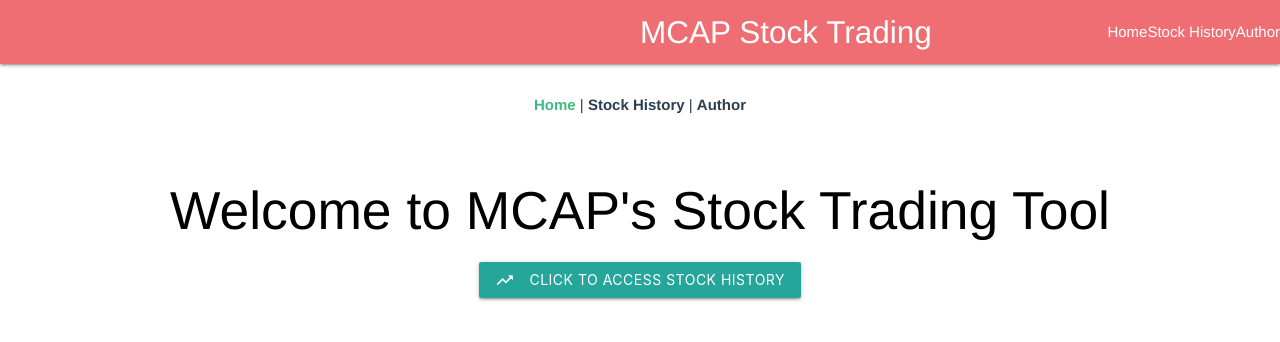
Repository: pandyarudra/stock-symbol-app
Page: /
These files come from the project's save history. The page is drawn as it stood at one moment and after the next save; the edit follows.
The browser window is 1280 px wide. The pictures show the whole page.
The project was rebuilt for these pictures with package versions that can differ from the ones it lists, and the page was loaded fresh each time.

Above is the page before, as saved 2020-09-14 22:16:57.

After the next save:
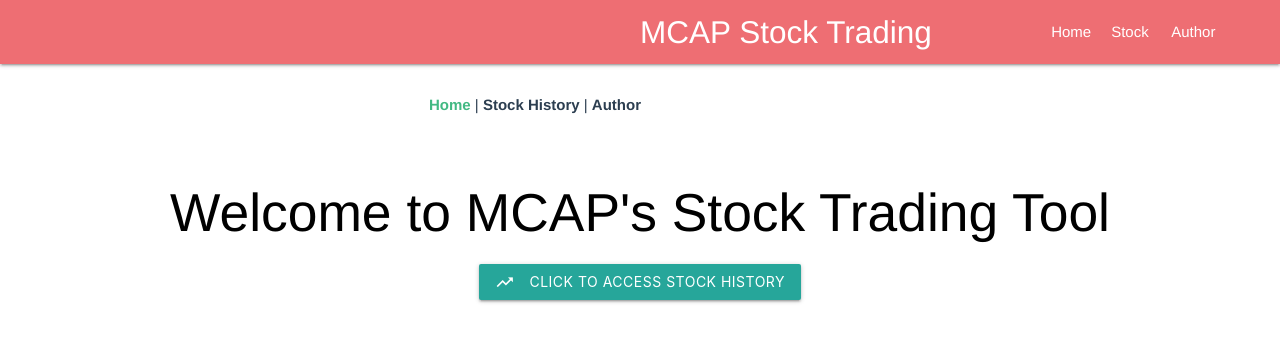
Saved 31 s later.
--- a/src/components/TopNav.vue
+++ b/src/components/TopNav.vue
@@ -2,10 +2,10 @@
      <nav>
     <div class="nav-wrapper center">
       <a href="#" class="brand-logo ">MCAP Stock Trading</a>
-      <ul id="nav-mobile" class="right hide-on-med-and-down">
-        <router-link to="/" tag="li">Home</router-link>
-        <router-link to="/stockHistory" tag="li">Stock History</router-link>
-        <router-link to="/author" tag="li">Author</router-link>
+      <ul id="nav-mobile" class="right hide-on-med-and-down row">
+        <router-link class="col s3" to="/" tag="li">Home</router-link>
+        <router-link class="col s3" to="/stockHistory" tag="li">Stock History</router-link>
+        <router-link class="col s3" to="/author" tag="li">Author</router-link>
         <!-- <router-link to="/foo" tag="li">Rudra</router-link> -->
 
       </ul>
